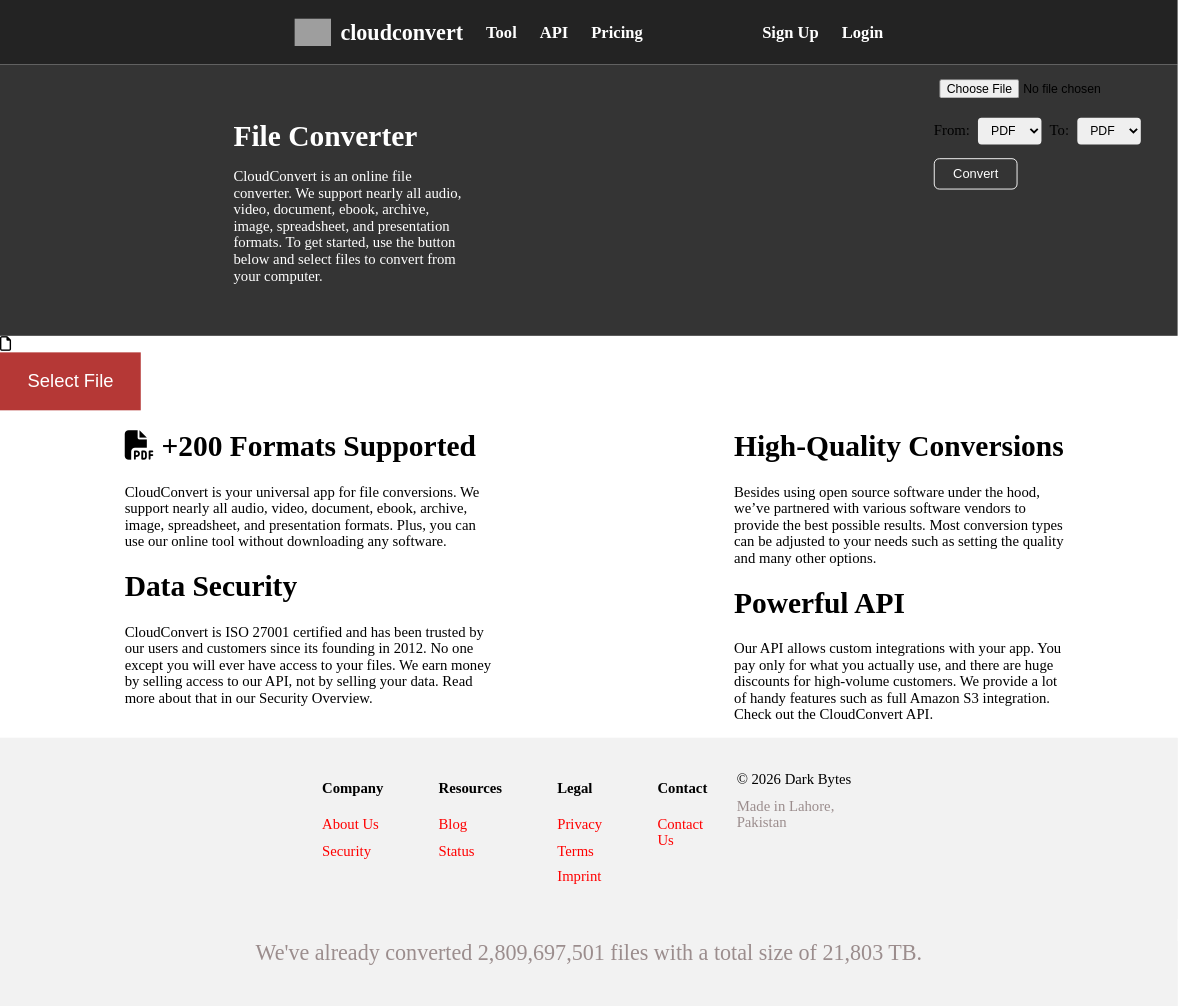
Repository: anfal-darkbytes/task_one
Page: http://localhost/
These files come from the project's save history. The page is drawn as it stood at one moment and after the next save; the edit follows.
The browser window is 1280 px wide. The pictures show the whole page, at 92% of full size.
Pictures or frames that could not be fetched are drawn as grey boxes. The page is served by the project's application, run on Django 4.2 (manage.py). Other server files are loaded and not shown.

Above is the page before, as saved 2026-01-09 07:35:49.

### templates/index.html
{% extends "base.html" %}
{% block file_converter %}

<div class="top-body">
    <div>
        <h1 class="top-body-header">File Converter</h1>
        <p class="top-body-para">
          CloudConvert is an online file converter.
          We support nearly all audio, video, document, ebook,
          archive, image, spreadsheet, and presentation formats.
          To get started, use the button below and select files
          to convert from your computer.
        </p>
    </div>
    <div class="form-container">

    {% if error %}
        <p class="error">{{ error }}</p>
    {% endif %}

    <form method="POST" enctype="multipart/form-data">
        {% csrf_token %}
        <input type="file" name="file" required><br>

        From:
        <select class="" name="from_ext" required>
            <option value="pdf">PDF</option>
            <option value="jpg">JPG</option>
            <option value="png">PNG</option>
        </select>

        To:
        <select name="to_ext" required>
            <option value="pdf">PDF</option>
            <option value="jpg">JPG</option>
            <option value="png">PNG</option>
        </select><br>

        <button type="submit" id="convert-button">Convert</button>
    </form>

    {% if output %}
        <p class="success">Download: <a href="{{ output }}" download>Click Here</a></p>
    {% endif %}
</div>


</div>

<div class="middle-body">
    <i class="fa-slab fa-regular fa-file"></i>
    <button id="pick-image">
        Select File
    </button>
    <div class="details-boxes">
        <div class="pair-containers1">
            <div class="single-container">
                <h1 class="container-title">
                    <i class="fa-solid fa-file-pdf"></i>
                    +200 Formats Supported</h1>
                <p class="container-body">CloudConvert is your universal app for file conversions. We support nearly all audio, video, document, ebook, archive, image, spreadsheet, and presentation formats. Plus, you can use our online tool without downloading any software.</p>
            </div>
            <div class="single-container">
                <h1 class="container-title">Data Security</h1>
                <p class="container-body">CloudConvert is ISO 27001 certified and has been trusted by our users and customers since its founding in 2012. No one except you will ever have access to your files. We earn money by selling access to our API, not by selling your data. Read more about that in our Security Overview.</p>
            </div>
        </div>
        <div class="pair containers2">
             <div class="single-container">
                <h1 class="container-title">High-Quality Conversions</h1>
                <p class="container-body">Besides using open source software under the hood, we’ve partnered with various software vendors to provide the best possible results. Most conversion types can be adjusted to your needs such as setting the quality and many other options.</p>
             </div>
            <div class="single-container">
                <h1 class="container-title">Powerful API</h1>
                <p class="container-body">Our API allows custom integrations with your app. You pay only for what you actually use, and there are huge discounts for high-volume customers. We provide a lot of handy features such as full Amazon S3 integration. Check out the CloudConvert API.</p>
            </div>
        </div>
    </div>
</div>


{% endblock %}

### templates/base.html
{% load static %}
<!DOCTYPE html>
<html>
<head>
    <title>File Converter</title>
    <link rel="stylesheet" href="{% static 'css/style.css' %}">
    <link rel="stylesheet" href="https://cdnjs.cloudflare.com/ajax/libs/font-awesome/6.5.0/css/all.min.css" integrity="sha512-jQ1FZP9pFqQfYyVvKTLbqRQj1S2EjeKzG0pC1S+r6/6QclZ3YhFgJz4X8G3a3F6K/2kEkD6K1V5OaxEf6P4J0g==" crossorigin="anonymous" referrerpolicy="no-referrer" />

</head>
<body>
    {% include "header.html" %}

    {% block file_converter %}
    {% endblock %}

    {% include "footer.html" %}

</body>
</html>

### templates/header.html
<header>
    <div class="header-div">
        <nav>
            <div class="menu-tab">
                <a href="{% url 'home' %}">
                    <img src="https://cloudconvert.com/images/logo_flat_110_borderless.png"
                         alt="cloudconvert-logo">
                    <h1 id="logo-name">cloudconvert</h1>
                </a>
                <h1>Tool</h1>
                <h1>API</h1>
                <h1>Pricing</h1>
            </div>
            <div class="auth-tab">
                <h1>Sign Up</h1>
                <h1>Login</h1>
            </div>
        </nav>
    </div>
</header>

### templates/footer.html
<footer>
    <div class="main-footer">
        <div class="bottom-bar">
            <div>
                <h1 class="bottom-bar-header">Company</h1>
                <h1 class="bottom-bar-child">About Us</h1>
                <h1 class="bottom-bar-child">Security</h1>
            </div>
           <div>
                <h1 class="bottom-bar-header">Resources</h1>
                <h1 class="bottom-bar-child">Blog</h1>
                <h1 class="bottom-bar-child">Status</h1>
            </div>
            <div>
                <h1 class="bottom-bar-header">Legal</h1>
                <h1 class="bottom-bar-child">Privacy</h1>
                <h1 class="bottom-bar-child">Terms</h1>
                <h1 class="bottom-bar-child">Imprint</h1>
            </div>
           <div>
                <h1 class="bottom-bar-header">Contact</h1>
                <h1 class="bottom-bar-child">Contact Us</h1>
            </div>
        </div>

        <div class="bottom-side-bar">
            <h1 class="bottom-side-bar-header">© 2026 Dark Bytes</h1>
            <h1 class="bottom-side-bar-child">Made in Lahore, Pakistan</h1>
        </div>
    </div>
    <div class="footer-bottom-details">
        <p>We've already converted 2,809,697,501 files with a total size of 21,803 TB.</p>
    </div>
</footer>

### taskOneApp/views.py
from django.shortcuts import render
from django.core.files.storage import FileSystemStorage
from .utils import convert_file
import os


def home(request):
    output_url = None
    error = None

    if request.method == 'POST' and request.FILES.get('file'):
        uploaded_file = request.FILES['file']
        from_ext = request.POST.get('from_ext', '').replace('.', '').lower()
        to_ext = request.POST.get('to_ext', '').replace('.', '').lower()

        fs = FileSystemStorage()

        # Save input file
        input_filename = fs.save(uploaded_file.name, uploaded_file)
        input_path = fs.path(input_filename)

        base_name = os.path.splitext(input_filename)[0]
        output_filename = f"{base_name}.{to_ext}"
        output_path = fs.path(output_filename)

        print(f"Input path: {input_path}")
        print(f"Output path: {output_path}")

        try:
            convert_file(input_path, from_ext, to_ext, output_path)

            output_url = fs.url(output_filename)

            # ✅ delete input file after success
            if os.path.exists(input_path):
                os.remove(input_path)

        except Exception as e:
            error = str(e)

            if os.path.exists(input_path):
                os.remove(input_path)

    return render(request, 'index.html', {
        'output': output_url,
        'error': error
    })

### taskOne/urls.py
from django.contrib import admin
from django.urls import path, include
from django.conf import settings
from django.conf.urls.static import static

urlpatterns = [
    path('admin/', admin.site.urls),
    path('', include('taskOneApp.urls')),
]

urlpatterns += static(settings.STATIC_URL, document_root=settings.STATICFILES_DIRS[0])

if settings.DEBUG:
    urlpatterns += static(settings.MEDIA_URL, document_root=settings.MEDIA_ROOT)

### taskOneApp/urls.py
from django.urls import path
from . import views

urlpatterns = [
 path('',views.home, name='home'),
 # path('',views.index,name='index')
]

### static/css/style.css
 body {
            background-color: #ffffff;
            justify-content: center;
            align-items: center;
            height: 100vh;
            margin: 0;
            /* padding: 0% 25%; */
        }

        .top-body {
            background-color: #343434;
            display: flex;
        }

        .top-body-header {
            color: white;
            text-align: start;
            margin: 0px;
            font-size: 32px;
            padding: 60px 25% 0px 25%;
        }

        .top-body-para {
            color: white;
            padding: 0px 50% 40px 25%;
            text-align: start;
        }

        .form-container {
            text-align: bottom;
        }

        h2 {
            color: #0073e6;
            margin-bottom: 20px;
        }

        .h1{
            color: red;
        }

        input[type="file"] {
            margin: 10px 0;
            padding: 6px;
        }

        select {
            padding: 6px 10px;
            margin: 5px;
            border-radius: 4px;
            border: white;
        }

        #convert-button {
            padding: 8px 20px;
            font-size: 14px;
           background-color:  #343434;
            border:1px solid white;
            color: white;
            border-radius: 6px;
            margin-top: 10px;
        }

        #pick-image {
            display: flex;
            background-color: #b53836;
            color: white;
            border: #b53836;
            padding: 20px 30px;
            font-size: 20px;
            margin: 0%;
            justify-content: center;

        }

        .container-title {
            padding: 0% 20%;
        }

        .container-body {
            padding: 0px 20%;
        }

        p.error {
            color: #e60000;
            font-weight: bold;
            margin-top: 10px;
        }

        p.success a {
            text-decoration: none;
            color: white;
            background-color: red;
            padding: 6px 12px;
            border-radius: 4px;
        }

        p.success a:hover {
            background-color: #1e7e34;
        }

        .form-container {
            display: flex;
        }

        .details-boxes {
            display: flex;
        }

        /* .pair-containers1 {
            display: flex;
        } */

        {}

        /* Header */

        .header-div {
          background-image: linear-gradient(to right, #343434, #383838);
        }

        .header-div nav {
        display: flex;
        align-items: center;
        justify-content: space-between;
        padding: 20px 25%;
        }

        #logo-name {
            color: white;
            font-size: 24px;
            text-decoration: none;
        }

        nav {
        display: flex;
        justify-content: space-between;
        align-items: center;
        padding: 10px 20px;
        background-color: #232323;
        color: white;
        }

        .menu-tab, .auth-tab {
        display: flex;
        align-items: center;
        gap: 25px;
        }

        .menu-tab a {
        display: flex;
        align-items: center;
        text-decoration: none;
        color: inherit;
        }

       .menu-tab img {
       height: 30px;
       margin-right: 10px;
       }

       .menu-tab h1, .auth-tab h1 {
       font-size: 18px;
       margin: 0;
       }



       /* Footer Styling */


       footer {
        background-color: #f2f2f2;
       }

       .main-footer {
        background-color: #f2f2f2;
        display: flex;
        align-items: start;
        justify-content: space-between;
        padding: 2% 25%;
       }

       .bottom-bar {
        display: flex;
       }

       .bottom-bar-header {
        color: black;
        font-weight:700;
        font-size: 16px;
        padding: 10px 30px;
       }

       .bottom-bar-child {
        color: red;
        font-weight: 400;
        font-size: 16px;
        padding: 0px 30px;
       }

       .bottom-side-bar-header {
        color: black;
        justify-content: space-between;
        font-weight: 400;
        font-size: 16px;
        padding: 20px, 30px;
       }

       .bottom-side-bar-child {
        color: rgb(155, 141, 141);
        font-weight: 400;
        font-size: 16px;
       }

       .footer-bottom-details {
        background-color: #f2f2f2;
        font-size: 24px;
        color: rgb(155, 141, 141);
        text-align: center;
        padding-bottom: 20px;
       }

After the next save:
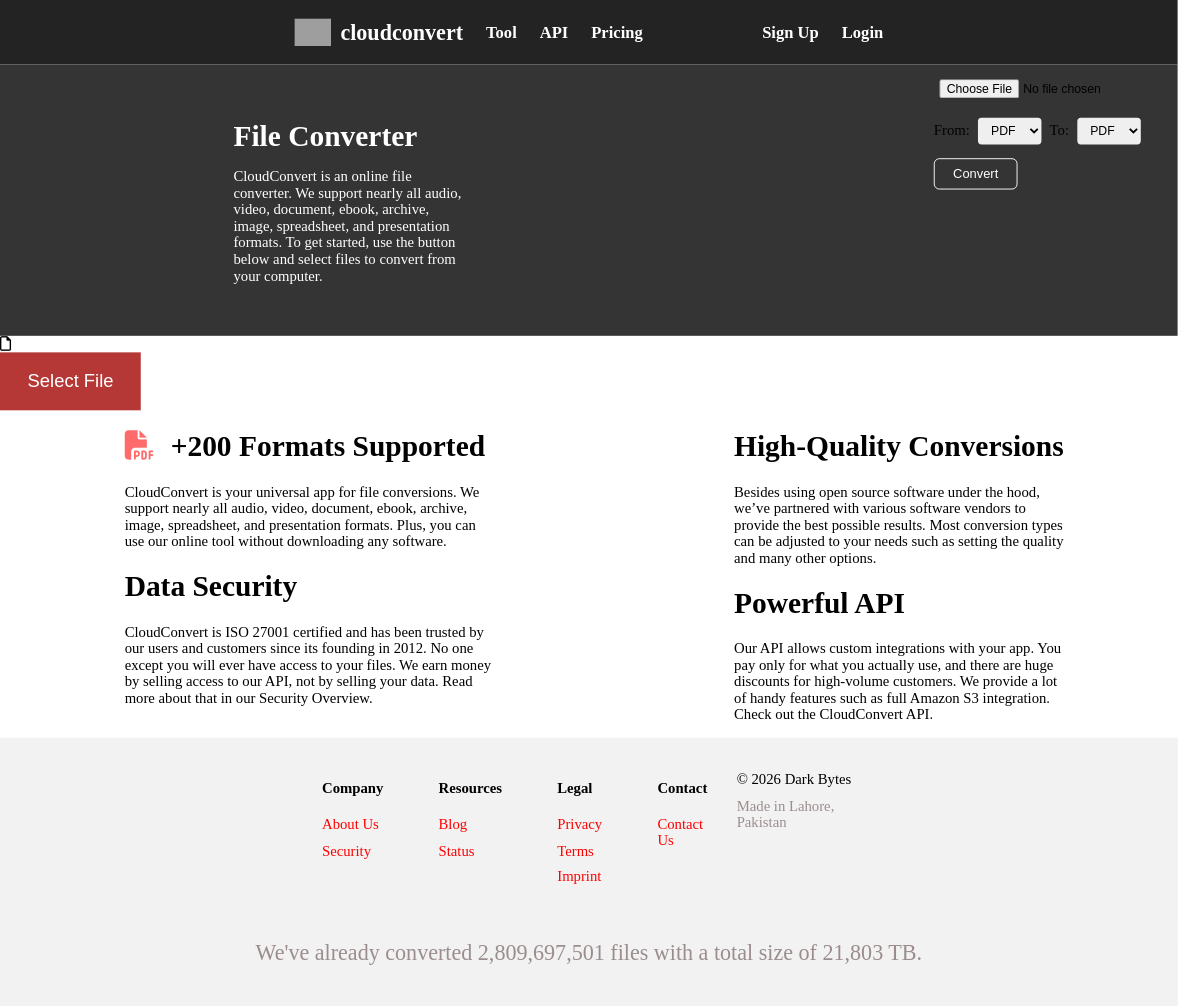
Saved 67 s later.
--- a/static/css/style.css
+++ b/static/css/style.css
@@ -7,6 +7,11 @@
             /* padding: 0% 25%; */
         }
 
+        .container-title i {
+            margin-right: 10px;   /* space between icon and text */
+            color: #ff6b6b;       /* icon color */
+        }
+
         .top-body {
             background-color: #343434;
             display: flex;
